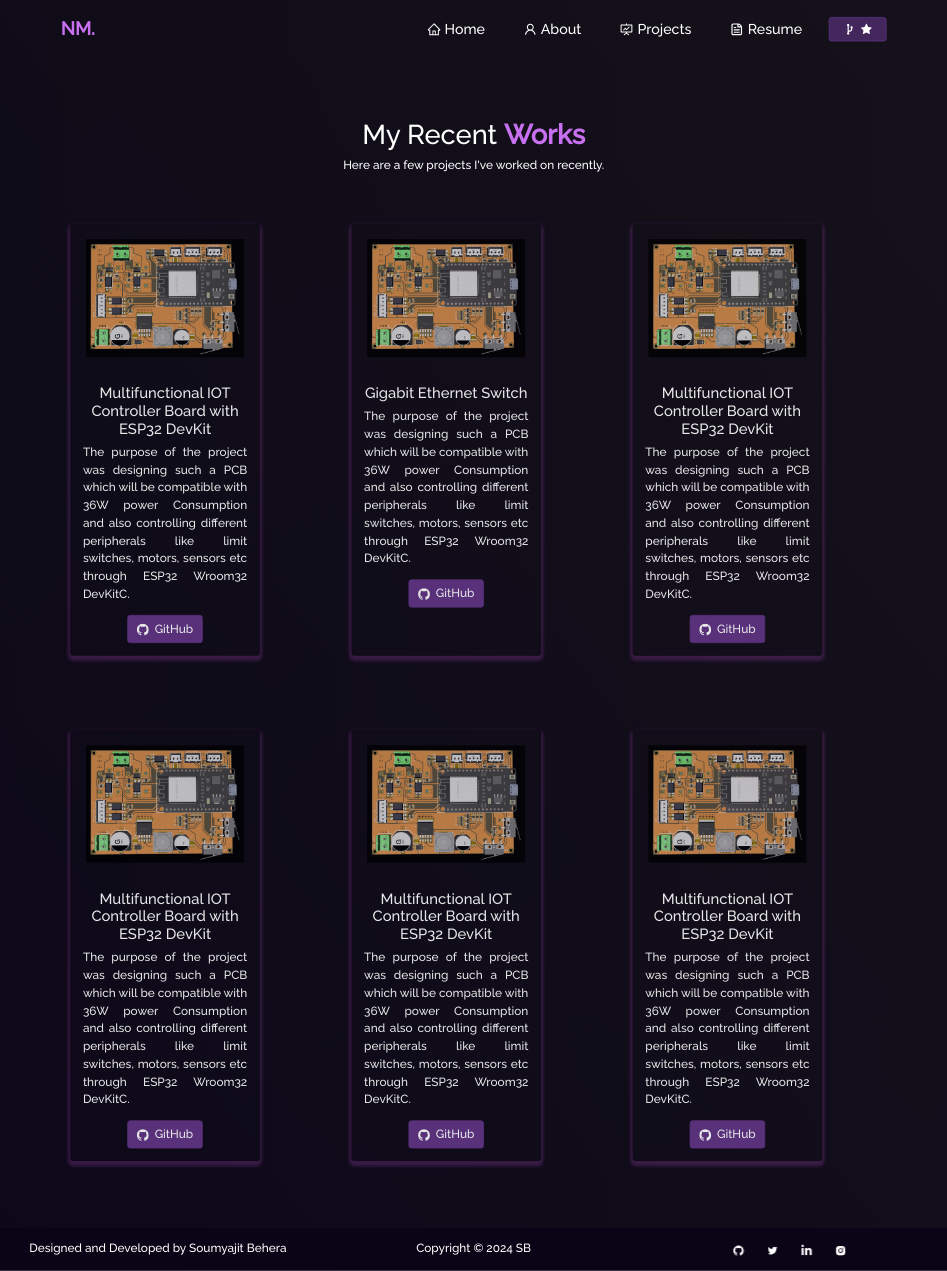
Repository: nenadMarkorvic/personal-website
Page: /project
These files come from the project's save history. The page is drawn as it stood at one moment and after the next save; the edit follows.
The browser window is 1280 px wide. The pictures show the whole page, at 74% of full size.
The project was rebuilt for these pictures with package versions that can differ from the ones it lists, and the page was loaded fresh each time. Also part of the build but not shown: src/components/Home/Home2.js, src/components/Home/Type.js, src/components/Home/Home.js, src/components/About/Github.js, src/components/About/AboutCard.js, src/components/About/Toolstack.js, src/components/About/About.js, src/components/Resume/ResumeNew.js. Imported but missing from the stored project, and not drawn on this page: src/Assets/Nenad Markovic_pcb.pdf.

Above is the page before, as saved 2024-08-29 10:54:05.

After the next save:
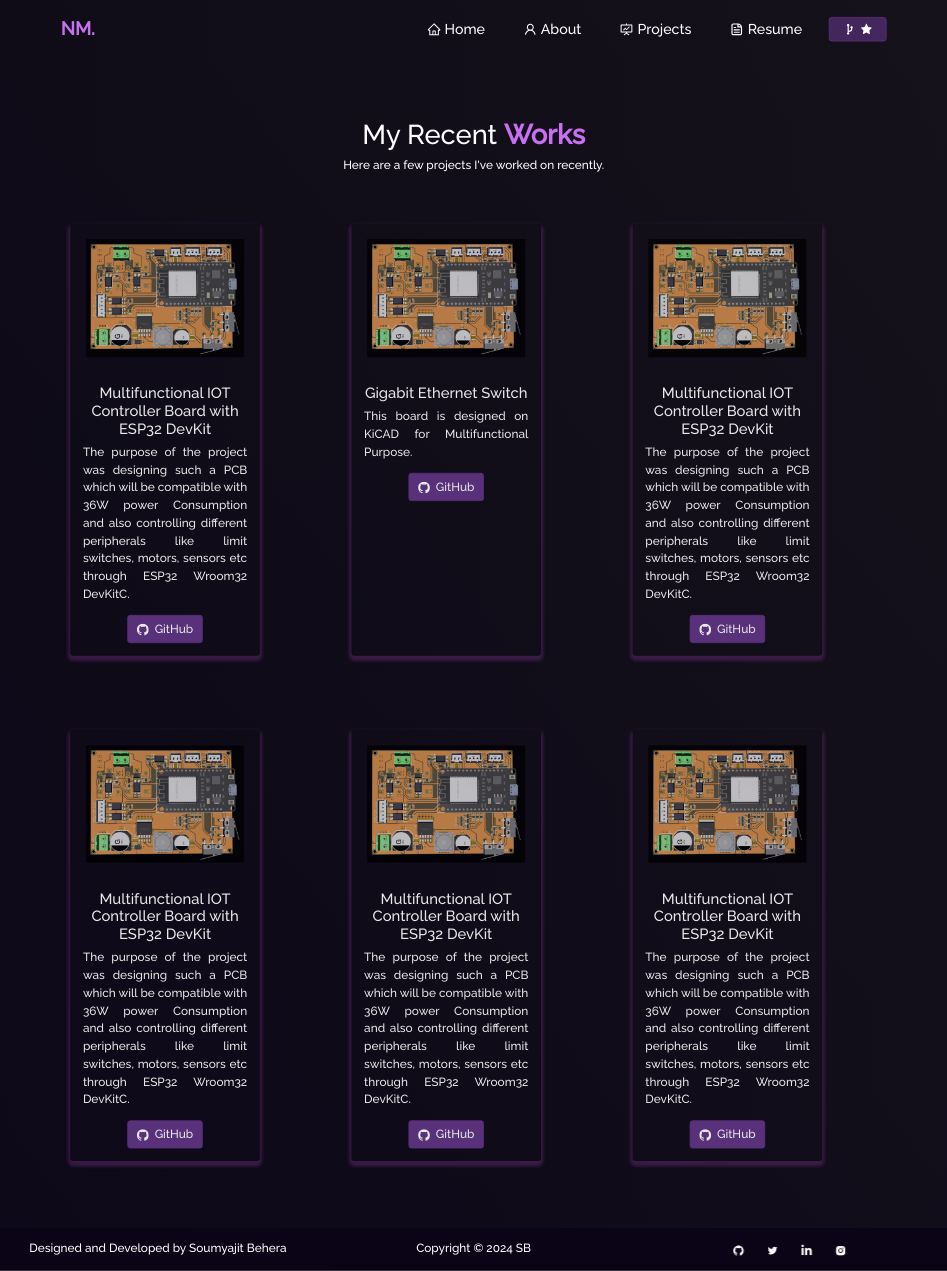
Saved 18 s later.
--- a/src/components/Projects/Projects.js
+++ b/src/components/Projects/Projects.js
@@ -31,7 +31,7 @@ function Projects() {
               imgPath={project1}
               isBlog={false}
               title="Gigabit Ethernet Switch"
-              description="The purpose of the project was designing such a PCB which will be compatible with 36W power Consumption and also controlling different peripherals like limit switches, motors, sensors etc through ESP32 Wroom32 DevKitC."
+              description="This board is designed on KiCAD for Multifunctional Purpose."
               ghLink=""
             />
           </Col><Col md={4} className="project-card">
